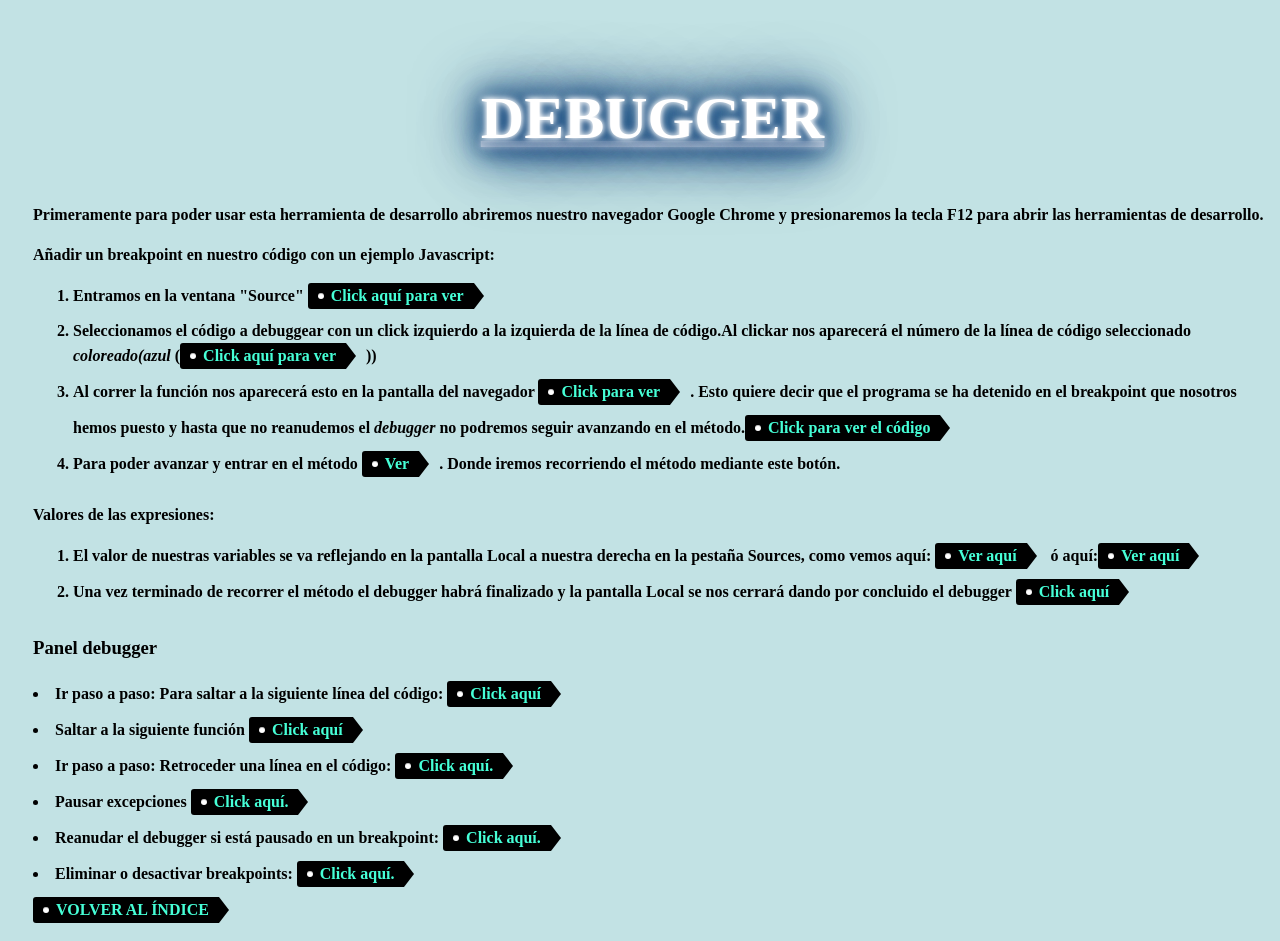
Repository: VictorinoBF97/HerramientasDesarollo
Page: debugger.html
An editor plug-in stored every save of this project. The page is shown before and after a run of saves, followed by the edit.
The browser window is 1280 px wide. The pictures show the whole page.

Above is the page before, as saved 2018-11-27 07:07:38.
Not found: main.js

### debugger.html
<!DOCTYPE html>
<html>
<head>
    <meta charset="utf-8" />
    <meta http-equiv="X-UA-Compatible" content="IE=edge">
    <title>HERRAMIENTA DEBUGGER</title>
    <meta name="viewport" content="width=device-width, initial-scale=1">
    <link rel="stylesheet" type="text/css" media="screen" href="./css/styles.css" />
    <script src="main.js"></script>
</head>
<body>
    <h1><u>DEBUGGER</u></h1>
    <p>
        Primeramente para poder usar esta herramienta de desarrollo abriremos nuestro
        navegador Google Chrome y presionaremos la tecla <b>F12</b> para abrir las
        herramientas de desarrollo.
    </p>
    <div>
        <p>Añadir un breakpoint en nuestro código con un ejemplo Javascript:</p>
    </div>
    <ol>
        <li>Entramos en la ventana <b>"Source"</b>
             <a href="./images/source.PNG" target="_blank">Click aquí para ver</a>
        </li>
        <li>Seleccionamos el código a debuggear con un click izquierdo a la
            izquierda de la línea de código.Al clickar nos aparecerá el número
            de la línea de código seleccionado <i>coloreado(<b>azul</b></i>
            (<a href="./images/breakpoint.PNG" target="_blank">Click aquí para ver</a>))
        </li>
        <li>Al correr la función nos aparecerá esto en la pantalla del navegador
             <a href="./images/debug.PNG" target="_blank">Click para ver</a>.
            Esto quiere decir que el programa se ha detenido en el <b>breakpoint</b>
            que nosotros hemos puesto y hasta que no reanudemos el <em>debugger</em>
            no podremos seguir avanzando en el método.<a href="./images/dbug.PNG" target="_blank">Click para ver el código</a>
        </li>
        <li>Para poder avanzar y entrar en el método <a href="./images/next.PNG"
        target="_blank">Ver</a>. Donde iremos recorriendo el método mediante este botón.</li>
    </ol>

    <div>Valores de las expresiones:

    </div>
    <ol>
        <li>
            El valor de nuestras variables se va reflejando en la pantalla <strong>Local</strong> a nuestra derecha en la pestaña Sources, como vemos aquí: <a href="./images/variables.PNG" target="_blank">
            Ver aquí</a> ó aquí:<a href="./images/variables2.PNG" target="_blank">Ver aquí</a>
        </li>

        <li>
            Una vez terminado de recorrer el método el debugger habrá finalizado y la pantalla Local se nos cerrará dando por concluido el debugger <a href="./images/fin.png" target="_blank">Click aquí</a>
        </li>
    </ol>

    <h3>Panel debugger</h3>

    <li> Ir paso a paso: Para saltar a la siguiente línea del código: <a href="./images/nextstep.PNG" target="_blank">Click aquí</a>

        <li>
            Saltar a la siguiente función <a href="./images/saltar.PNG"
            target="_blank">Click aquí</a>
        </li>

        <li>Ir paso a paso: Retroceder una línea en el código: <a href="./images/beforestep.PNG"
        target="_blank">Click aquí.</a></li>

        <li>Pausar excepciones <a href="./images/pausa.PNG"
            target="_blank">Click aquí.</a></li>

        <li>Reanudar el debugger si está pausado en un breakpoint: <a href="./images/reanudard.PNG"
        target="_blank">Click aquí.</a></li>

        <li>Eliminar o desactivar breakpoints: <a href="./images/find.PNG"
            target="_blank">Click aquí.</a></li>



</body>
<footer>
    <a href="indice.html" target="_self" class="volver">VOLVER AL ÍNDICE</a>
</footer>
</html>

### css/styles.css
html{
    background-color: rgb(194, 226, 228);
}

.titulo{
    text-shadow: 0px 0px 5px rgb(152, 153, 147);
    border: 10px ridge #1E90FF;
    width: 75%;

}

h1{
    font-size: 60px;
font-family: 'Futura';
color: #fff;
text-shadow: 0 0 5px #fff, 0 0 10px #fff, 0 0 20px rgb(3, 58, 117), 0 0 30px rgb(3, 58, 117), 0 0 40px rgb(3, 58, 117), 0 0 55px rgb(3, 58, 117), 0 0 75px rgb(3, 58, 117);
text-align: center;
}
body{
    font: 16px/1.5 'PT Sans', serif;
    font-weight: bold;
    overflow: hidden;
    padding-left: 25px;
    padding-top: 25px;
}

.indice{
    font-size: 125%;

}
a{
    background: rgb(0, 0, 0);
  border-radius: 3px 0 0 3px;
  color: rgb(70, 255, 215);
  display: inline-block;
  height: 26px;
  line-height: 26px;
  padding: 0 20px 0 23px;
  position: relative;
  margin: 0 10px 10px 0;
  text-decoration: none;
  -webkit-transition: color 0.2s;
}
a::before {
    background: #fff;
    border-radius: 10px;
    box-shadow: inset 0 1px rgba(0, 0, 0, 0.25);
    content: '';
    height: 6px;
    left: 10px;
    position: absolute;
    width: 6px;
    top: 10px;
  }

  a::after {
    background: rgb(194, 226, 228);
    border-bottom: 13px solid transparent;
    border-left: 10px solid black;
    border-top: 13px solid transparent;
    content: '';
    position: absolute;
    right: 0;
    top: 0;
  }

  a:hover {
    background-color: crimson;
    color: white;
  }

  a:hover::after {
     border-left-color: crimson;
  }

  /* VOLVER AL ÍNDICE */
  .volver::after{
    background:rgb(194, 226, 228);
    border-bottom: 13px solid transparent;
    border-left: 10px solid black;
    border-top: 13px solid transparent;
    content: '';
    position: absolute;
    right: 0;
    top: 0;

  }

  .volver:hover {
    background-color: crimson;
    color: white;
  }

  .volver:hover::after {
     border-right-color: crimson;
  }

After the next 2 saves:
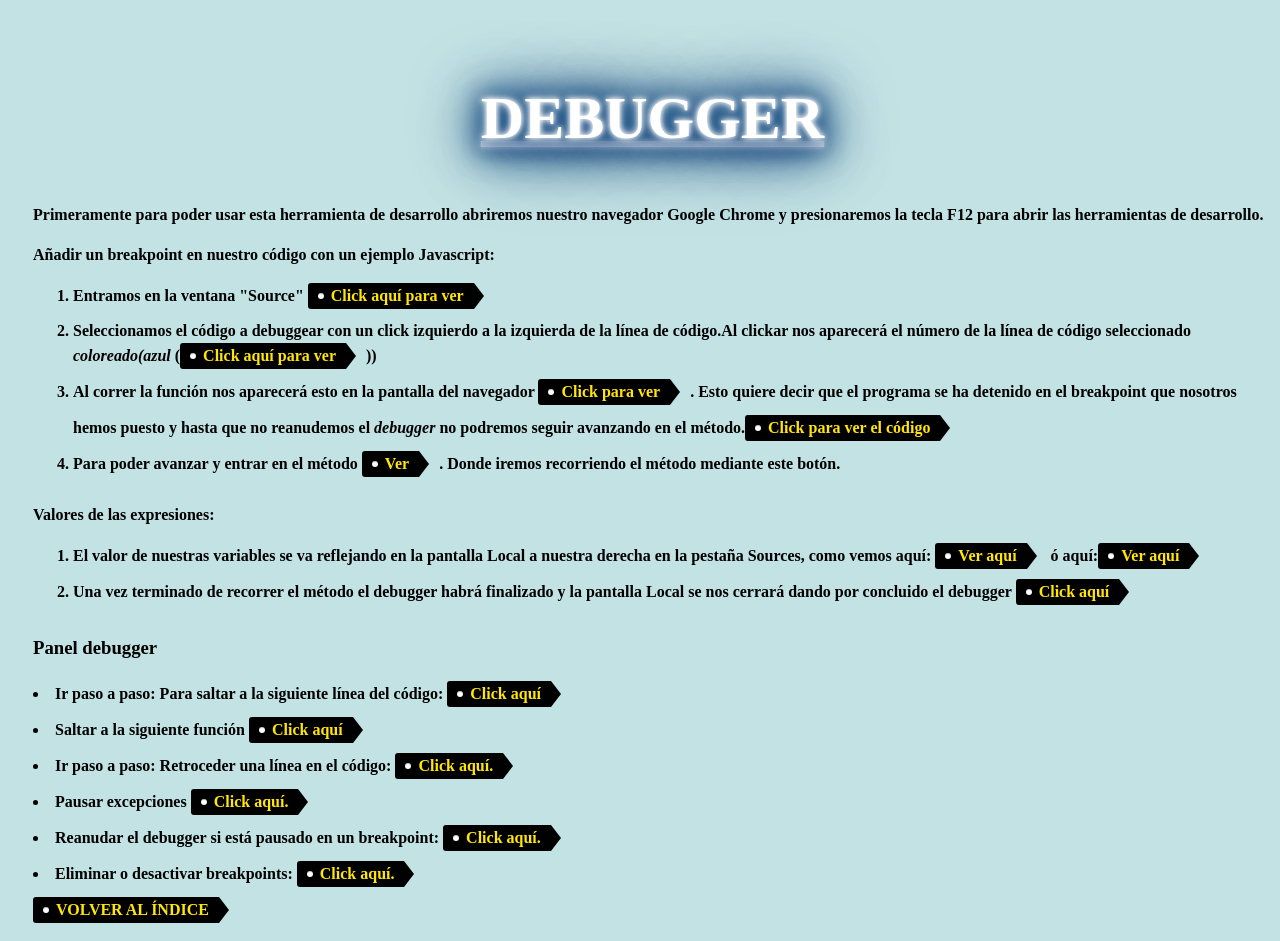
The 2 saves are shown as one change because they came seconds apart.
The last was saved 13 s later.
--- a/css/styles.css
+++ b/css/styles.css
@@ -31,7 +31,7 @@ body{
 a{
     background: rgb(0, 0, 0);
   border-radius: 3px 0 0 3px;
-  color: rgb(70, 255, 215);
+  color: rgb(255, 230, 7);
   display: inline-block;
   height: 26px;
   line-height: 26px;
